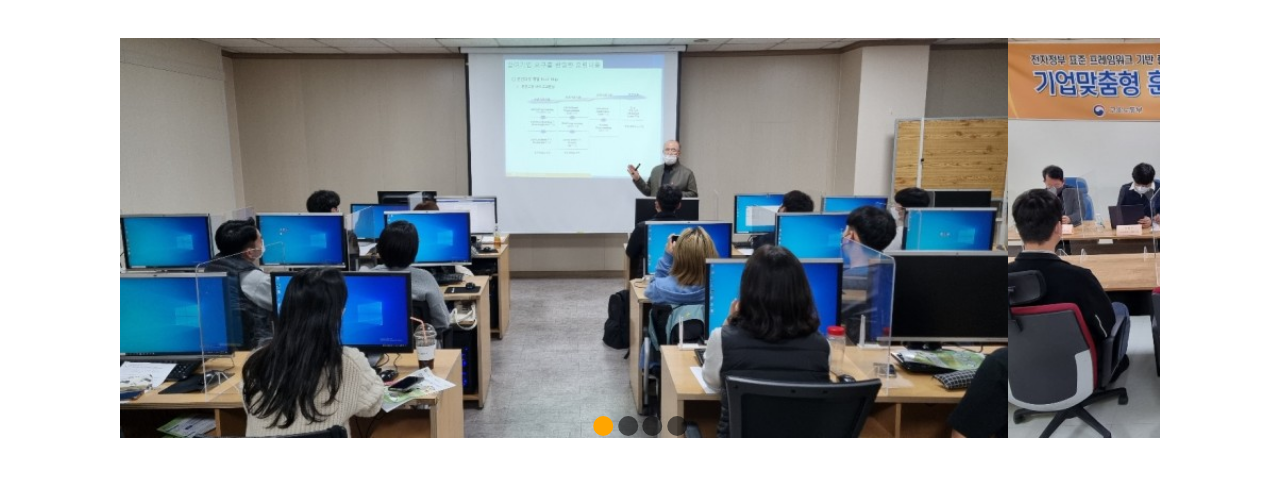
Repository: JavaJin96/kr.or.ddit.HighJava
Page: http://localhost/TeamProjectDCUM/work_kmk/iframe_kmk/slider.jsp
The author's editor kept a copy of each file at every save. The page is drawn from the files as they stood at one save, then again after the next save.
The browser window is 1280 px wide. The pictures show the whole page.
The page is served by Tomcat 9.

Above is the page before, as saved 2022-02-16 01:27:08.

After the next save:
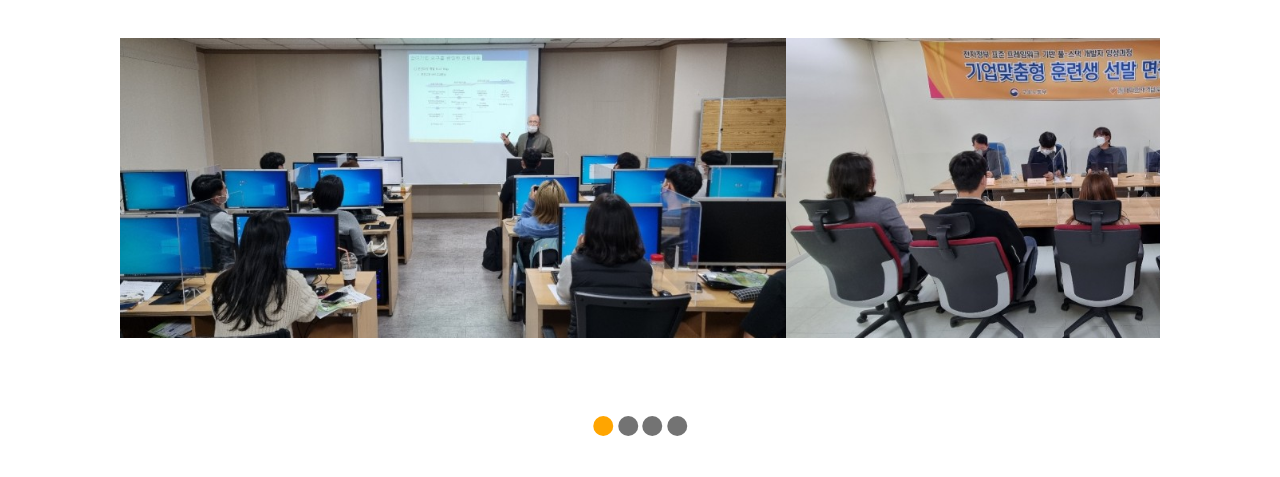
Saved 10 s later.
--- a/3.Highjava/workspace/TeamProjectDCUM/WebContent/work_kmk/iframe_kmk/slider.jsp
+++ b/3.Highjava/workspace/TeamProjectDCUM/WebContent/work_kmk/iframe_kmk/slider.jsp
@@ -25,7 +25,7 @@
     display: none;
 }
 img{
-	height : 400px;
+	height : 300px;
 }
 
 ul.imgs{

After the save that followed:
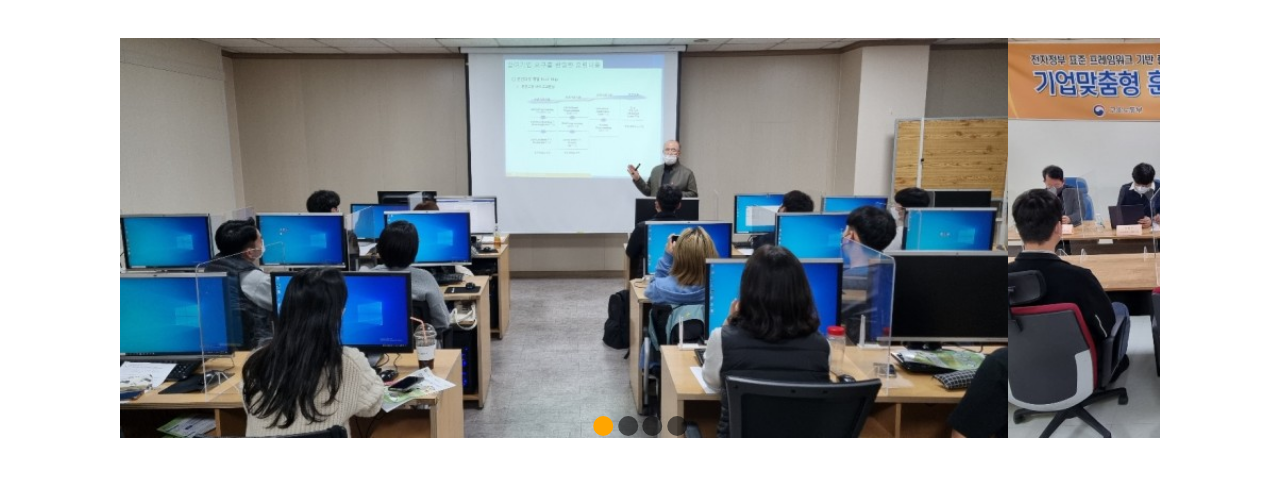
Saved 13 s later.
--- a/3.Highjava/workspace/TeamProjectDCUM/WebContent/work_kmk/iframe_kmk/slider.jsp
+++ b/3.Highjava/workspace/TeamProjectDCUM/WebContent/work_kmk/iframe_kmk/slider.jsp
@@ -25,7 +25,7 @@
     display: none;
 }
 img{
-	height : 300px;
+	height : 400px;
 }
 
 ul.imgs{
